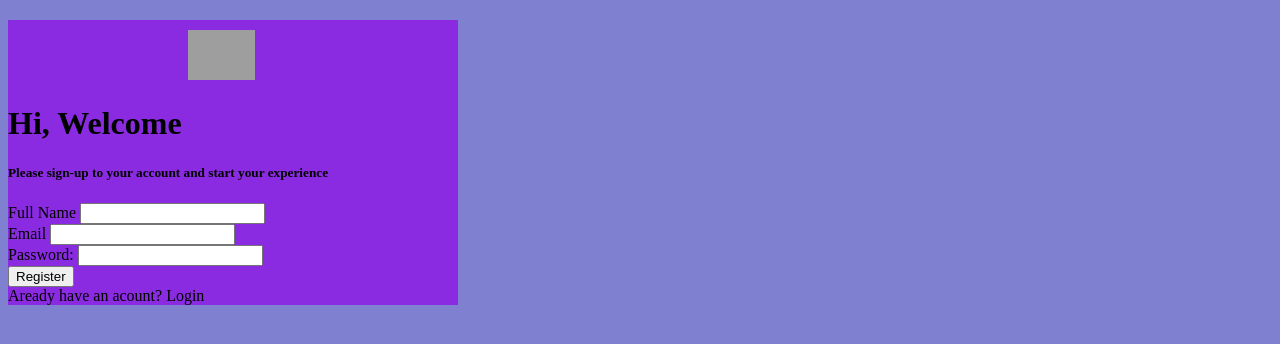
Repository: KingBoyMaylow/movie-task
Page: index.html
These files come from the project's save history. The page is drawn as it stood at one moment and after a run of saves; the edit follows.
The browser window is 1280 px wide. The pictures show the whole page.
Pictures or frames that could not be fetched are drawn as grey boxes.

Above is the page before, as saved 2024-05-20 08:19:47.

After the next 2 saves:
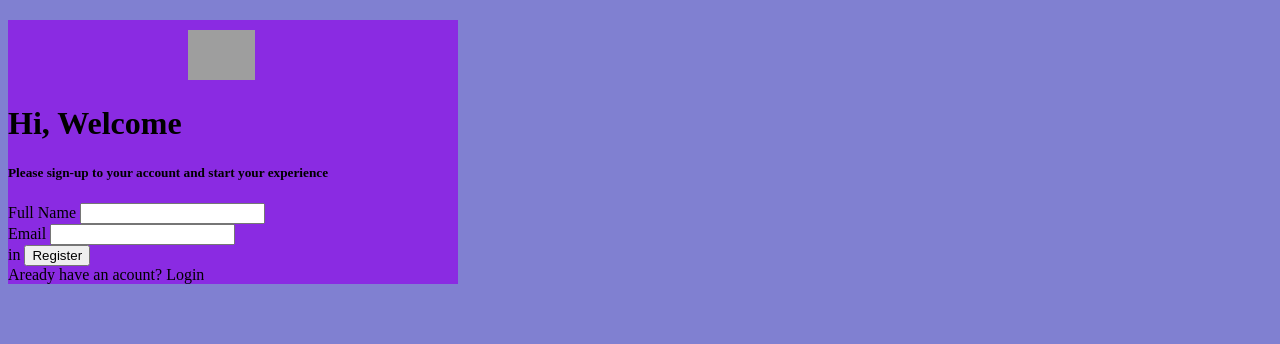
The 2 saves are shown as one change because they came seconds apart.
The last was saved 103 s later.
--- a/index.html
+++ b/index.html
@@ -17,8 +17,7 @@
     <label for="Email1">Email</label>
     <input type="text" id="Email1" name ="Email1" required><br>
 
-    <label for="password">Password:</label>
-    <input type="password" id="password" name="password" required><br>
+    in
 
     <input type="submit" value="Register">
   </form>
